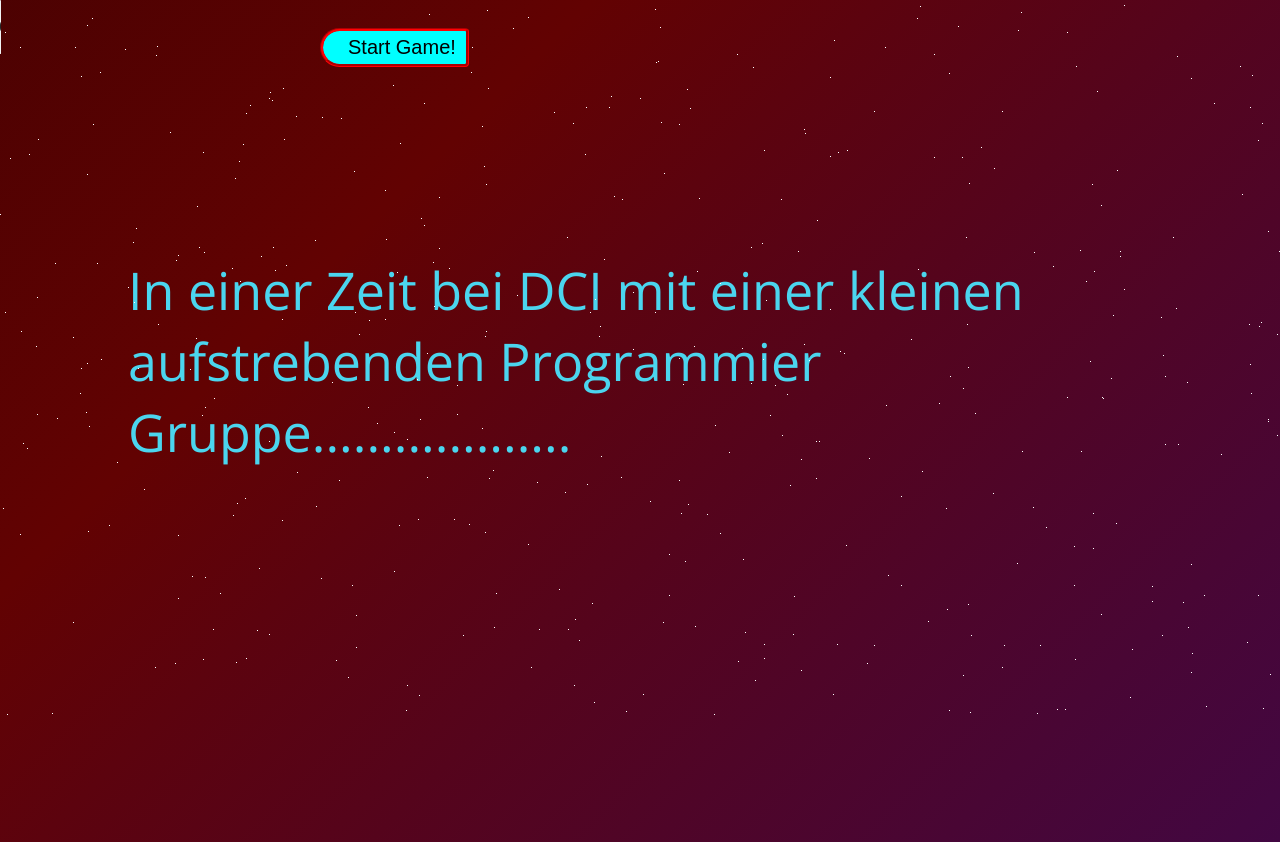
Repository: Der-Metatron/Projekt-Omega-Sprotte
Page: /
The author's editor kept a copy of each file at every save. The page is drawn from the files as they stood at one save, then again after the next save.
The browser window is 1280 px wide. The pictures show the whole page.
The project was rebuilt for these pictures with package versions that can differ from the ones it lists, and the page was loaded fresh each time. Also part of the build but not shown: src/services/game-control.js, src/components/GameCanvas.jsx, src/components/Footer.jsx.

Above is the page before, as saved 2022-06-23 21:56:36.

After the next save:
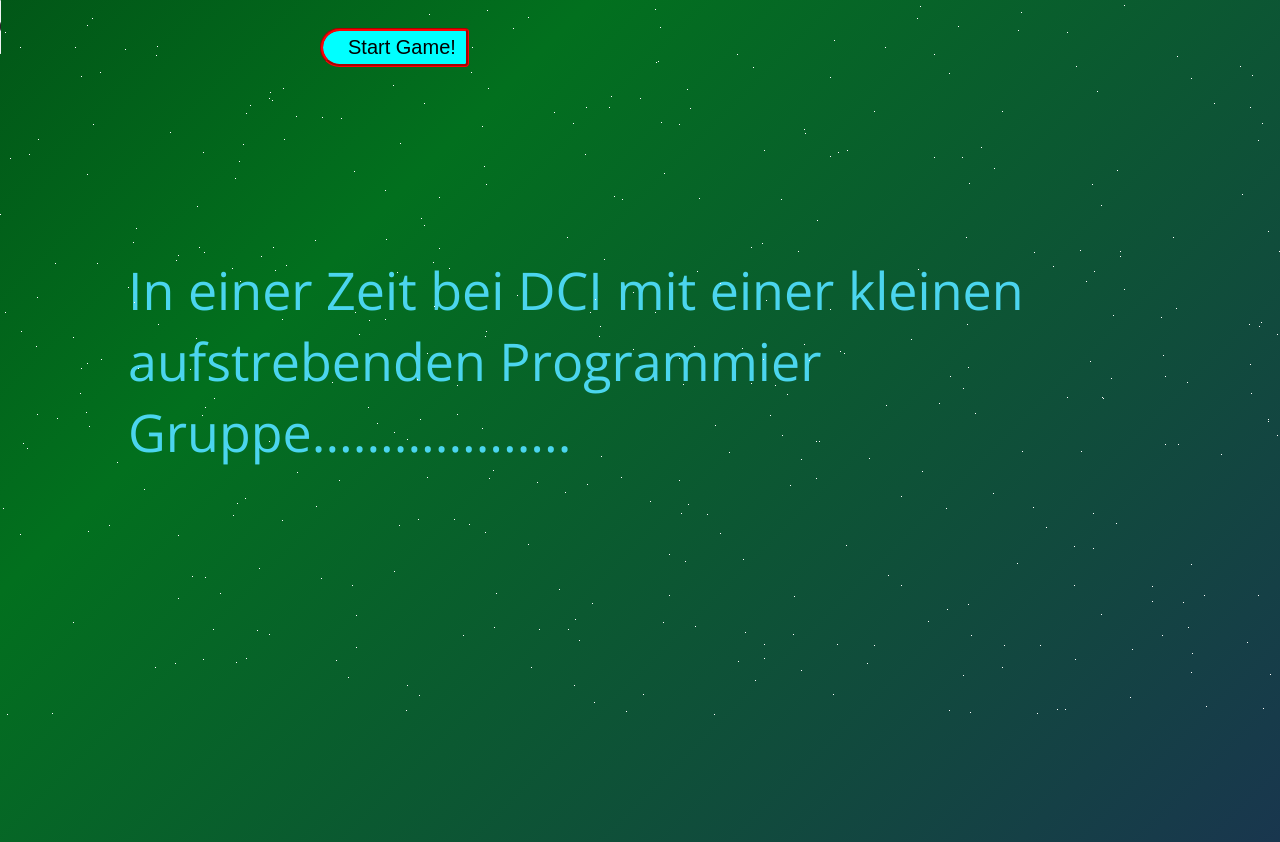
Saved 68 s later.
--- a/src/App.css
+++ b/src/App.css
@@ -10,7 +10,7 @@
 }
 
 body {
-  background: linear-gradient(-45deg, #2a0b72, #620202, #000000, #265046);
+  background: linear-gradient(-45deg, #2a0b72, #02701e, #000000, #265046);
   background-size: 400% 400%;
   animation: gradient 15s ease infinite;
 }

After the save that followed:
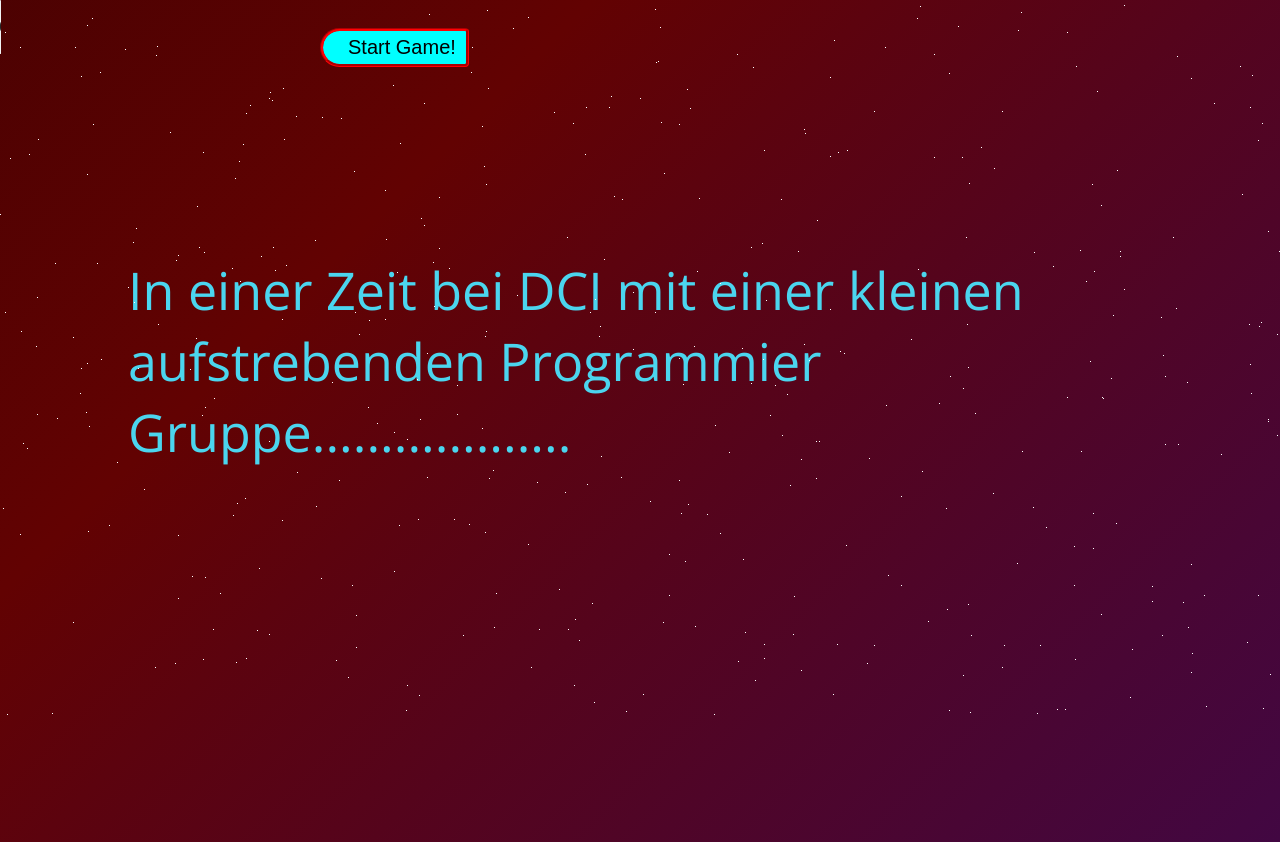
Saved 21 s later.
--- a/src/App.css
+++ b/src/App.css
@@ -10,7 +10,7 @@
 }
 
 body {
-  background: linear-gradient(-45deg, #2a0b72, #02701e, #000000, #265046);
+  background: linear-gradient(-45deg, #2a0b72, #620202, #000000, #265046);
   background-size: 400% 400%;
   animation: gradient 15s ease infinite;
 }
